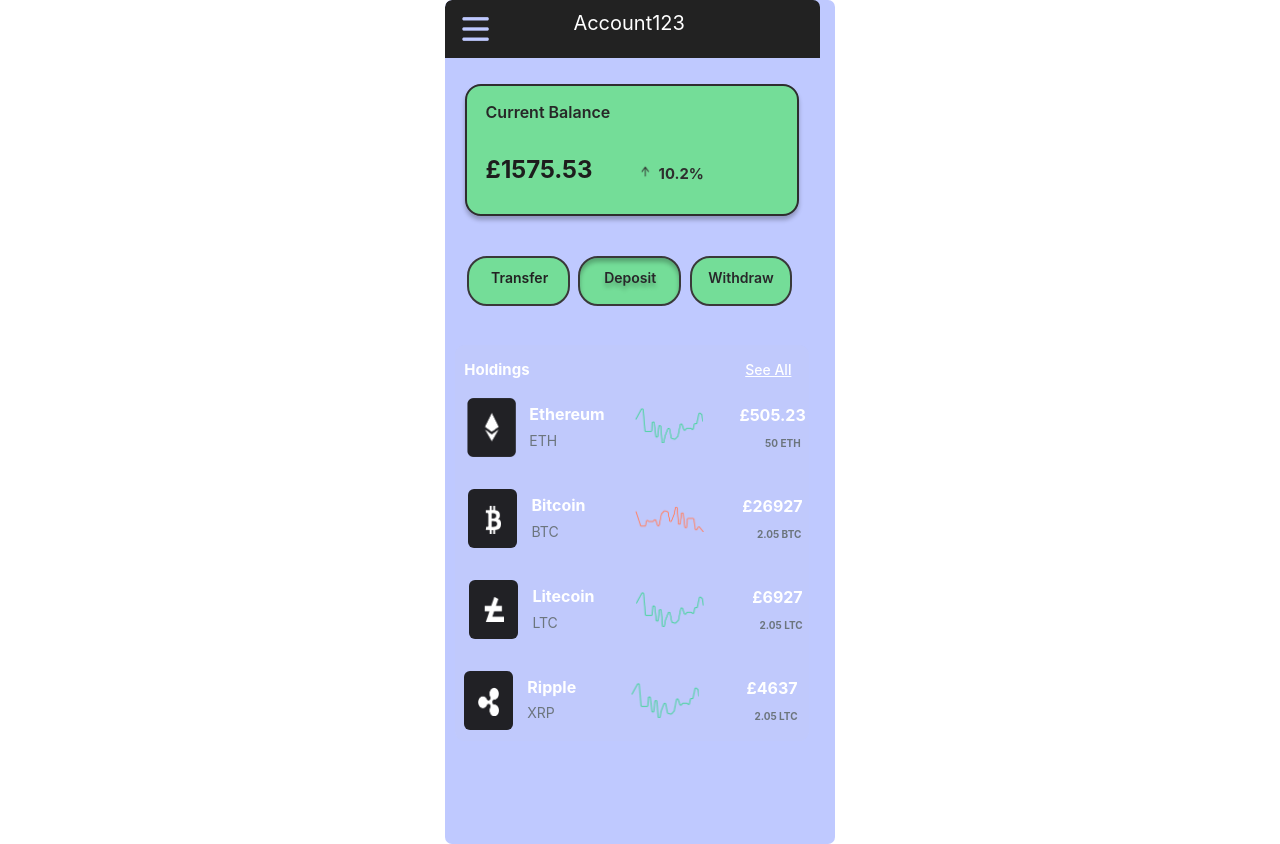
Repository: krishbains/CryptoWallet
Page: /
These files come from the project's save history. The page is drawn as it stood at one moment and after the next save; the edit follows.
The browser window is 1280 px wide. The pictures show the whole page.
The project was rebuilt for these pictures with package versions that can differ from the ones it lists, and the page was loaded fresh each time. Also part of the build but not shown: src/components/startingpage/startingpage.jsx.

Above is the page before, as saved 2024-03-28 15:39:11.

After the next save:
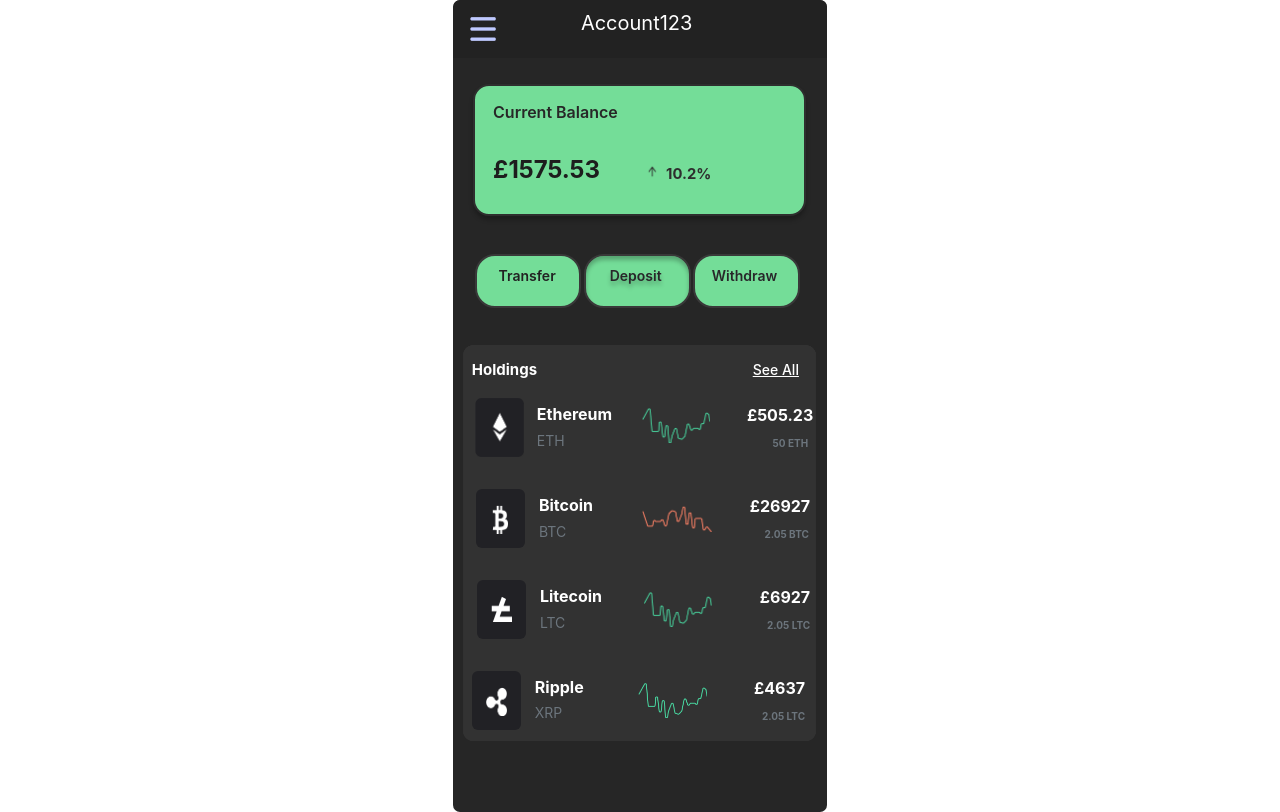
Saved 47 s later.
--- a/src/components/startingpage/startingpage.css
+++ b/src/components/startingpage/startingpage.css
@@ -1,4 +1,4 @@
-:root {
+/* :root {
     --default-font-family: -apple-system, BlinkMacSystemFont, "Segoe UI", Roboto,
       Ubuntu, "Helvetica Neue", Helvetica, Arial, "PingFang SC",
       "Hiragino Sans GB", "Microsoft Yahei UI", "Microsoft Yahei",
@@ -147,3 +147,4 @@
     white-space: nowrap;
     z-index: 8;
   }
+   */

After the save that followed:
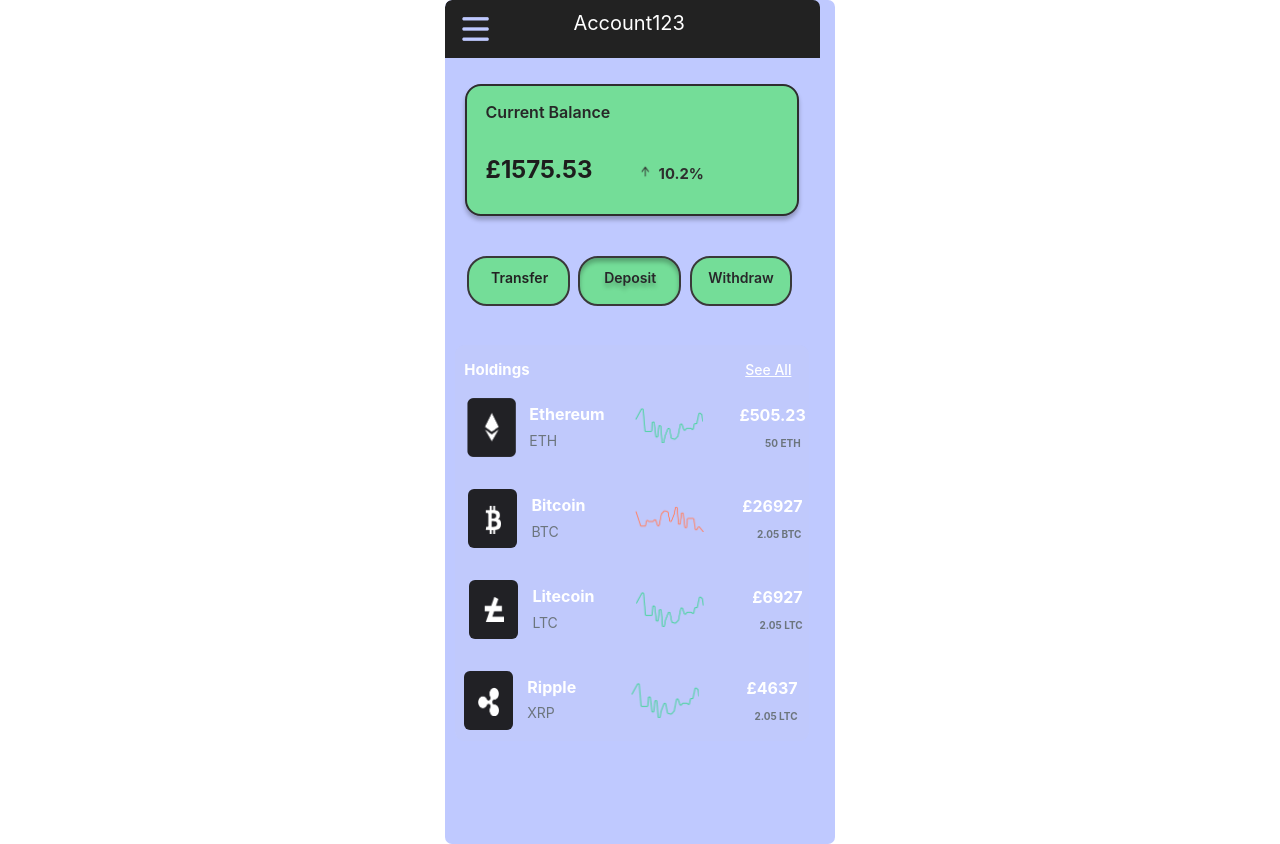
Saved 14 s later.
--- a/src/components/startingpage/startingpage.css
+++ b/src/components/startingpage/startingpage.css
@@ -1,4 +1,4 @@
-/* :root {
+:root {
     --default-font-family: -apple-system, BlinkMacSystemFont, "Segoe UI", Roboto,
       Ubuntu, "Helvetica Neue", Helvetica, Arial, "PingFang SC",
       "Hiragino Sans GB", "Microsoft Yahei UI", "Microsoft Yahei",
@@ -147,4 +147,3 @@
     white-space: nowrap;
     z-index: 8;
   }
-   */
